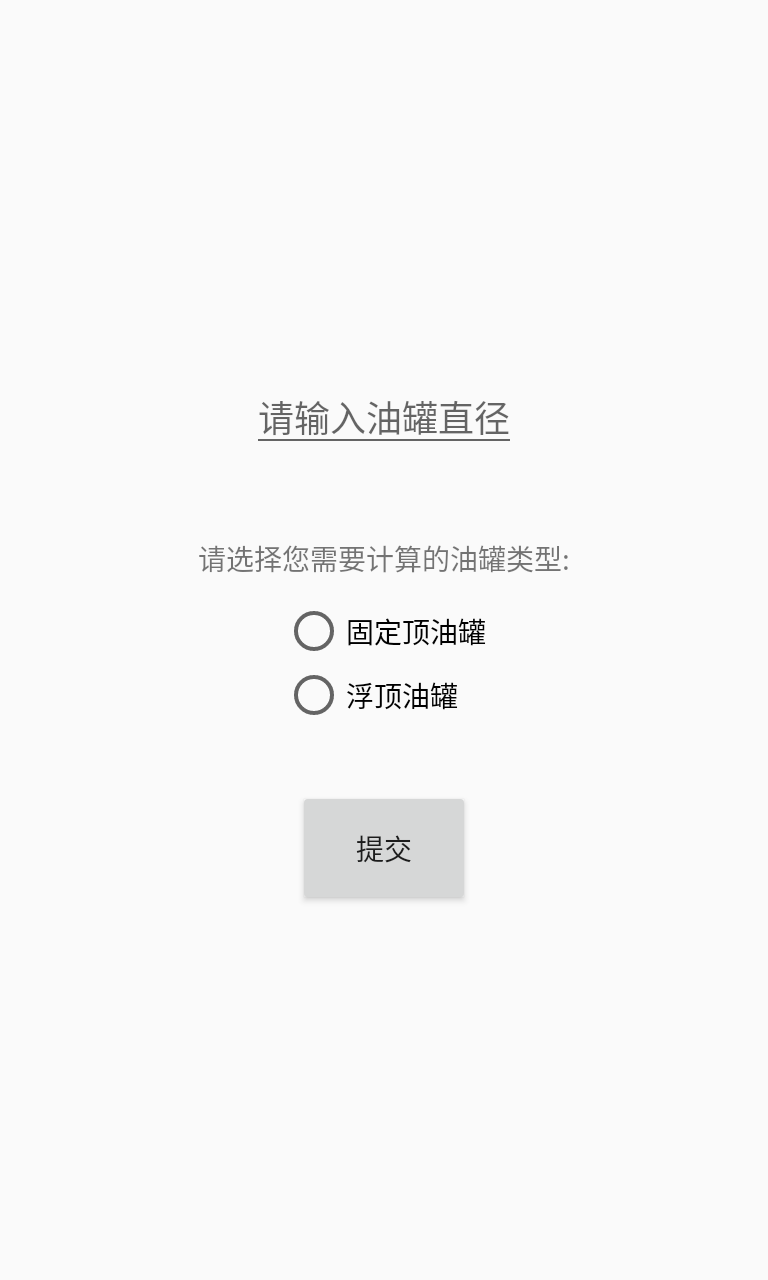
Repository: hohoTT/fireWork_handle_app
Layout: fireWork_handle_app/res/layout/olican_fire_foam.xml
These files come from the project's save history. The layout is drawn as it stood at one moment and after the next save; the edit follows.
It is drawn on a 768 x 1280 px phone screen (xhdpi) without system bars, with theme AppTheme; the app's code is not run.

Above is the layout before, as saved 2016-03-03 02:26:58.

### fireWork_handle_app/res/layout/olican_fire_foam.xml
<?xml version="1.0" encoding="utf-8"?>
<LinearLayout xmlns:android="http://schemas.android.com/apk/res/android"
    android:layout_width="match_parent"
    android:layout_height="match_parent"
    android:gravity="center_vertical"
    android:orientation="vertical" >

    <EditText
        android:id="@+id/olican_diameter"
        android:layout_width="wrap_content"
        android:layout_height="wrap_content"
        android:layout_gravity="center_horizontal"
	    android:layout_margin="30dp"
        android:hint="@string/olican_diameter" />

    <TextView
        android:id="@+id/text_olican_type"
        android:layout_width="wrap_content"
        android:layout_height="wrap_content"
        android:layout_gravity="center_horizontal"
	    android:layout_margin="10dp"
        android:text="@string/text_olican_type" />

    <RadioGroup
        android:id="@+id/olican_type"
        android:layout_width="wrap_content"
        android:layout_height="wrap_content"
        android:layout_gravity="center_horizontal" >

        <RadioButton
	        android:layout_width="wrap_content"
	        android:layout_height="wrap_content"
	        android:text="@string/olican_type_fixed" />

        <RadioButton
	        android:layout_width="wrap_content"
	        android:layout_height="wrap_content"
	        android:text="@string/olican_type_drift" />

    </RadioGroup>

    <Button
        android:id="@+id/btu_olican_fire_water_send"
        android:layout_width="wrap_content"
        android:layout_height="wrap_content"
        android:layout_gravity="center"
	    android:layout_margin="30dp"
	    android:padding="20dp"
        android:text="@string/btn_send" />


</LinearLayout>

### fireWork_handle_app/res/values/strings.xml
<?xml version="1.0" encoding="utf-8"?>
<resources>

    <string name="app_name">fireWork_handle_app</string>
    <string name="fire_calculate">现场计算</string>
    <string name="fire_agent">火灾剂用量计算</string>
    <string name="fire_plan">火灾预案</string>
    <string name="normal_fire">一般火灾计算</string>
    <string name="normal_fire_result">一般火灾用水量计算结果</string>
    <string name="oilcan_fire">油罐火灾情况下的计算</string>
    <string name="olican_fire_water">冷却用水量计算</string>
    <string name="olican_fire_foam">泡沫用量计算</string>
    <string name="olican_fire_water_result">该油罐火灾用水量计算结果</string>


    <string name="btu_water_power">供水压力计算</string>
    <string name="btu_oilcan_fire">油罐火灾计算</string>
    <string name="fire_area">请输入过火面积</string>
    <string name="olican_diameter">请输入油罐直径</string>
    <string name="text_olican_type">请选择您需要计算的油罐类型:</string>
    <string name="olican_type_fixed">固定顶油罐</string>
    <string name="olican_type_drift">浮顶油罐</string>


    <string name="text_water">一般火灾中每秒的用水量为：</string>
    <string name="text_fire_time">10吨消防车可持续灭火的时间为：</string>
    <string name="text_oilcan_fire_water">该油罐火灾中每秒的用水量为：</string>


    <string name="btn_send">提交</string>

    <string name="hello_world">Hello world!</string>
    <string name="action_settings">Settings</string>





</resources>

Loaded but not shown: fireWork_handle_app/res/values/styles.xml (common file); fireWork_handle_app/res/values-v11/styles.xml (common file); fireWork_handle_app/res/values-v14/styles.xml (common file)

After the next save:
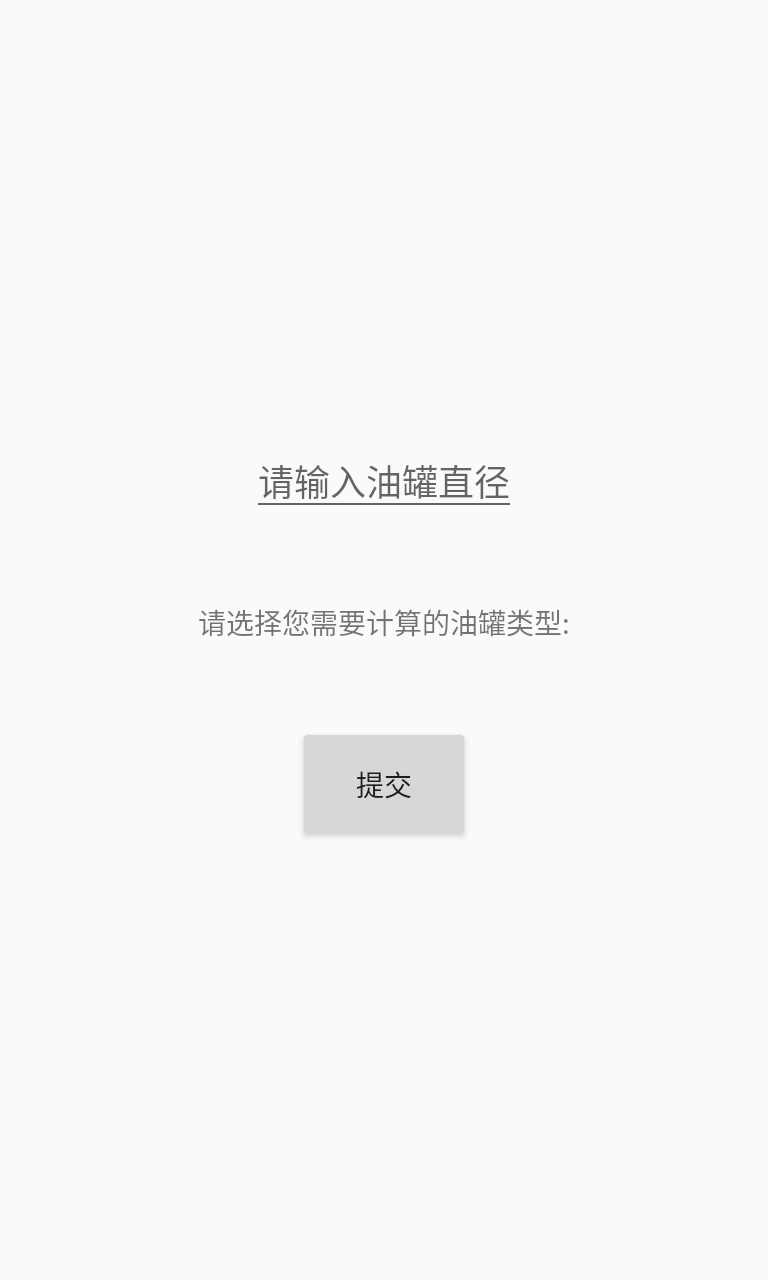
Saved 4 min 52 s later.
--- a/fireWork_handle_app/res/layout/olican_fire_foam.xml
+++ b/fireWork_handle_app/res/layout/olican_fire_foam.xml
@@ -21,24 +21,6 @@
 	    android:layout_margin="10dp"
         android:text="@string/text_olican_type" />
 
-    <RadioGroup
-        android:id="@+id/olican_type"
-        android:layout_width="wrap_content"
-        android:layout_height="wrap_content"
-        android:layout_gravity="center_horizontal" >
-
-        <RadioButton
-	        android:layout_width="wrap_content"
-	        android:layout_height="wrap_content"
-	        android:text="@string/olican_type_fixed" />
-
-        <RadioButton
-	        android:layout_width="wrap_content"
-	        android:layout_height="wrap_content"
-	        android:text="@string/olican_type_drift" />
-
-    </RadioGroup>
-
     <Button
         android:id="@+id/btu_olican_fire_water_send"
         android:layout_width="wrap_content"
